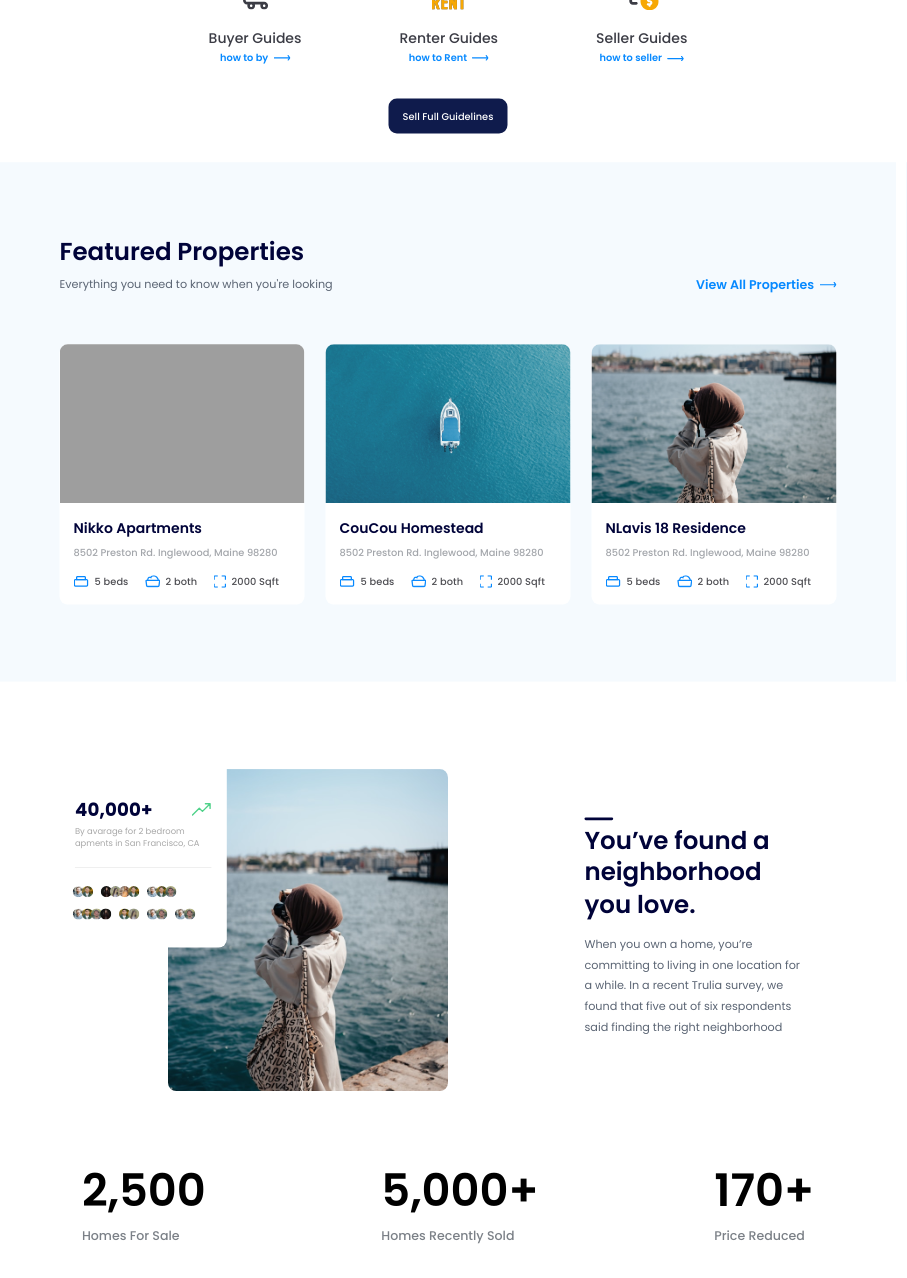
Repository: Kazuto-2004/f8-htmlcss-01
Page: index.html
An editor plug-in stored every save of this project. The page is shown before and after the next save, followed by the edit.
The browser window is 1280 px wide. The page is 1295 px wide, so the pictures cover 1295 px, including what lies to the right of the window. The pictures show the part of the page from y = 1464 to 3344 px (the page is 3289 px tall before and 3344 px after), at 70% of full size.
Pictures or frames that could not be fetched are drawn as grey boxes.

Above is the page before, as saved 2023-07-15 17:39:56.

### index.html
<!DOCTYPE html>
<html lang="en">
    <head>
        <meta charset="UTF-8" />
        <meta name="viewport" content="width=device-width, initial-scale=1.0" />
        <title>F8 Project01</title>
        <link rel="stylesheet" href="./assets/css/reset.css" />
        <!-- Embed fonts -->
        <link rel="preconnect" href="https://fonts.googleapis.com" />
        <link rel="preconnect" href="https://fonts.gstatic.com" crossorigin />
        <link
            href="https://fonts.googleapis.com/css2?family=Lato:wght@700&display=swap"
            rel="stylesheet" />
        <link rel="stylesheet" href="./assets/fonts/stylesheet.css" />
        <!-- <style> style</style> -->
        <link rel="stylesheet" href="assets/css/styles.css" />
    </head>
    <body>
        <main style="height: 1000px">
            <!-- Header -->
            <header class="header">
                <div class="content">
                    <nav class="navbar">
                        <!-- Logo -->
                        <img src="./assets/img/Logo.svg" alt="Besnik." />
                        <!-- Navigation -->
                        <ul>
                            <li>
                                <a href="#!">Home</a>
                            </li>
                            <li>
                                <a href="#!">Features</a>
                            </li>
                            <li>
                                <a href="#!">Services</a>
                            </li>
                            <li>
                                <a href="#!">Resources</a>
                            </li>
                            <li>
                                <a href="#!">Contact</a>
                            </li>
                        </ul>
                        <!-- Action -->
                        <div class="action">
                            <a href="#!" class="action-link">Sign in</a>
                            <a href="#!" class="btn action-btn">Sign up</a>
                        </div>
                    </nav>
                    <div class="hero">
                        <div class="info">
                            <p class="sub-title">Welcome to Besnik Agency</p>
                            <h1 class="title">
                                Discover a place you'll love to live.
                            </h1>
                            <p class="desc">
                                Get the best real estate deals first, before
                                they hit the mass market! HOT FORECLOSURE DEALS
                                with one simple search.
                            </p>
                            <!-- call to action -->
                            <a href="#!" class="btn hero-cta">More About Us</a>
                        </div>

                        <img
                            src="./assets/img/hero-img.svg"
                            alt="Discover a place you'll love to live."
                            class="hero-img" />
                    </div>
                </div>
            </header>

            <!-- clients -->
            <div class="clients">
                <div class="content">
                    <div class="row">
                        <!-- logo -->
                        <img src="./assets/img/Logo.svg" alt="Besnik." />

                        <!-- star -->
                        <div class="star">
                            <img src="./assets/img/Star.svg" alt="" />
                        </div>
                    </div>
                    <div class="row row-desc">
                        <p class="desc">
                            More than 45,000+ companies trust besnik
                        </p>
                        <p class="desc">5 Star Ratings (2k+ Review)</p>
                    </div>
                    <div class="image">
                        <img src="./assets/img/meundies.svg" alt="me undies" />
                        <img src="./assets/img/slack.svg" alt="slack" />
                        <img src="./assets/img/amazon.svg" alt="amazon" />
                        <img
                            src="./assets/img/woocommerce.svg"
                            alt="woo commerce" />
                        <img src="./assets/img/sitepoint.svg" alt="sitepoint" />
                    </div>
                </div>
            </div>

            <!-- Guides -->
            <div class="guides">
                <div class="content">
                    <h2 class="sub-title">How its works?</h2>
                    <p class="desc">
                        Everything you need to know when you're looking to buy,
                        rent, or sell - all in one place.
                    </p>

                    <!--  list guide -->
                    <ul class="list-guide">
                        <li class="guide-item">
                            <img
                                src="./assets/img/Buyer.svg"
                                alt="Buyer"
                                class="icon" />
                            <h3 class="title">Buyer Guides</h3>
                            <a href="#!" class="link">
                                <span>how to by</span>
                                <img
                                    src="./assets/img/arow-right.svg"
                                    alt="arrow-right"
                                    class="arrow" />
                            </a>
                        </li>
                        <li class="guide-item">
                            <img
                                src="./assets/img/renter.svg"
                                alt="renter"
                                class="icon" />
                            <h3 class="title">Renter Guides</h3>
                            <a href="#!" class="link">
                                <span>how to Rent</span>
                                <img
                                    src="./assets/img/arow-right.svg"
                                    alt="arrow-right"
                                    class="arrow" />
                            </a>
                        </li>
                        <li class="guide-item">
                            <img
                                src="./assets/img/seller.svg"
                                alt="sellert"
                                class="icon" />
                            <h3 class="title">Seller Guides</h3>
                            <a href="#!" class="link">
                                <span>how to seller</span>
                                <img
                                    src="./assets/img/arow-right.svg"
                                    alt="arrow-right"
                                    class="arrow" />
                            </a>
                        </li>
                    </ul>

                    <div class="guide-cta">
                        <a href="#!" class="btn">Sell Full Guidelines</a>
                    </div>
                </div>
            </div>

            <!-- Featured -->
            <div class="featured">
                <div class="content">
                    <header>
                        <h2 class="sub-title">Featured Properties</h2>
                        <div class="row">
                            <p class="desc">
                                Everything you need to know when you're looking
                            </p>
                            <a href="#!" class="link"
                                ><span>View All Properties</span
                                ><img
                                    src="./assets/img/arow-right.svg"
                                    alt="arrow"
                                    class="arrow"
                            /></a>
                        </div>
                    </header>

                    <div class="list">
                        <!-- Featured 1 -->
                        <div class="item">
                            <a href="#!">
                                <img
                                    src="./assets/img/featured1.jpg"
                                    alt="Nikko Apartments"
                                    class="thumb" />
                            </a>
                            <div class="body">
                                <h3 class="title">
                                    <a href="#!" class="line-clamp"
                                        >Nikko Apartments</a
                                    >
                                </h3>
                                <p class="desc line-clamp">
                                    8502 Preston Rd. Inglewood, Maine 98280
                                </p>
                                <div class="info">
                                    <img
                                        src="./assets/img/beds.svg"
                                        alt=""
                                        class="icon" />
                                    <span class="label">5 beds</span>

                                    <img
                                        src="./assets/img/both.svg"
                                        alt=""
                                        class="icon" />
                                    <span class="label">2 both</span>

                                    <img
                                        src="./assets/img/sqft.svg"
                                        alt=""
                                        class="icon" />
                                    <span class="label">2000 Sqft</span>
                                </div>
                            </div>
                        </div>

                        <!-- Featured 2 -->
                        <div class="item">
                            <a href="#!">
                                <img
                                    src="./assets/img/featured2.jpg"
                                    alt="CouCou Homestead"
                                    class="thumb" />
                            </a>
                            <div class="body">
                                <h3 class="title">
                                    <a href="#!" class="line-clamp"
                                        >CouCou Homestead</a
                                    >
                                </h3>
                                <p class="desc line-clamp">
                                    8502 Preston Rd. Inglewood, Maine 98280
                                </p>
                                <div class="info">
                                    <img
                                        src="./assets/img/beds.svg"
                                        alt=""
                                        class="icon" />
                                    <span class="label">5 beds</span>

                                    <img
                                        src="./assets/img/both.svg"
                                        alt=""
                                        class="icon" />
                                    <span class="label">2 both</span>

                                    <img
                                        src="./assets/img/sqft.svg"
                                        alt=""
                                        class="icon" />
                                    <span class="label">2000 Sqft</span>
                                </div>
                            </div>
                        </div>

                        <!-- Featured 3 -->
                        <div class="item">
                            <a href="#!">
                                <img
                                    src="./assets/img/featured3.jpg"
                                    alt="Lavis 18 Residence"
                                    class="thumb" />
                            </a>
                            <div class="body">
                                <h3 class="title">
                                    <a href="#!" class="line-clamp"
                                        >NLavis 18 Residence</a
                                    >
                                </h3>
                                <p class="desc line-clamp">
                                    8502 Preston Rd. Inglewood, Maine 98280
                                </p>
                                <div class="info">
                                    <img
                                        src="./assets/img/beds.svg"
                                        alt=""
                                        class="icon" />
                                    <span class="label">5 beds</span>

                                    <img
                                        src="./assets/img/both.svg"
                                        alt=""
                                        class="icon" />
                                    <span class="label">2 both</span>

                                    <img
                                        src="./assets/img/sqft.svg"
                                        alt=""
                                        class="icon" />
                                    <span class="label">2000 Sqft</span>
                                </div>
                            </div>
                        </div>
                    </div>
                </div>
            </div>

            <!-- Stats -->
            <div class="stats">
                <div class="content">
                    <div class="row">
                        <div class="img-block">
                            <img
                                class="image"
                                src="./assets/img/starts.jpg"
                                alt="You’ve found a neighborhood you love." />
                            <!-- trend -->
                            <div class="stats-trend">
                                <div class="row">
                                    <strong class="value">40,000+</strong>
                                    <img
                                        src="./assets/img/arrow-trend-up.svg"
                                        alt=""
                                        class="icon" />
                                </div>
                                <p class="desc">
                                    By avarage for 2 bedroom apments in San
                                    Francisco, CA
                                </p>
                                <div class="separate"></div>
                                <div class="avatar-block">
                                    <div class="avatar-group">
                                        <img
                                            src="./assets/img/avatar-1.jpeg"
                                            alt=""
                                            class="avatar" />
                                        <img
                                            src="./assets/img/avatar-2.jpeg"
                                            alt=""
                                            class="avatar" />
                                    </div>
                                    <div class="avatar-group">
                                        <img
                                            src="./assets/img/avatar-4.jpeg"
                                            alt=""
                                            class="avatar" />
                                        <img
                                            src="./assets/img/avatar-5.jpeg"
                                            alt=""
                                            class="avatar" />
                                        <img
                                            src="./assets/img/avatar-6.jpeg"
                                            alt=""
                                            class="avatar" />
                                        <img
                                            src="./assets/img/avatar-2.jpeg"
                                            alt=""
                                            class="avatar" />
                                    </div>
                                    <div class="avatar-group">
                                        <img
                                            src="./assets/img/avatar-1.jpeg"
                                            alt=""
                                            class="avatar" />
                                        <img
                                            src="./assets/img/avatar-2.jpeg"
                                            alt=""
                                            class="avatar" />
                                        <img
                                            src="./assets/img/avatar-3.jpeg"
                                            alt=""
                                            class="avatar" />
                                    </div>
                                    <div class="avatar-group">
                                        <img
                                            src="./assets/img/avatar-1.jpeg"
                                            alt=""
                                            class="avatar" />
                                        <img
                                            src="./assets/img/avatar-2.jpeg"
                                            alt=""
                                            class="avatar" />
                                        <img
                                            src="./assets/img/avatar-3.jpeg"
                                            alt=""
                                            class="avatar" />
                                        <img
                                            src="./assets/img/avatar-4.jpeg"
                                            alt=""
                                            class="avatar" />
                                    </div>
                                    <div class="avatar-group">
                                        <img
                                            src="./assets/img/avatar-2.jpeg"
                                            alt=""
                                            class="avatar" />
                                        <img
                                            src="./assets/img/avatar-5.jpeg"
                                            alt=""
                                            class="avatar" />
                                    </div>

                                    <div class="avatar-group">
                                        <img
                                            src="./assets/img/avatar-1.jpeg"
                                            alt=""
                                            class="avatar" />
                                        <img
                                            src="./assets/img/avatar-3.jpeg"
                                            alt=""
                                            class="avatar" />
                                    </div>
                                    <div class="avatar-group">
                                        <img
                                            src="./assets/img/avatar-1.jpeg"
                                            alt=""
                                            class="avatar" />
                                        <img
                                            src="./assets/img/avatar-3.jpeg"
                                            alt=""
                                            class="avatar" />
                                    </div>
                                </div>
                            </div>
                        </div>
                        <div class="info">
                            <h2 class="sub-title">
                                You’ve found a neighborhood you love.
                            </h2>
                            <p class="desc">
                                When you own a home, you’re committing to living
                                in one location for a while. In a recent Trulia
                                survey, we found that five out of six
                                respondents said finding the right neighborhood
                            </p>
                        </div>
                    </div>
                    <div class="row row-qty">
                        <div class="qty-item">
                            <strong class="qty">2,500</strong>
                            <p class="qty-desc">Homes For Sale</p>
                        </div>
                        <div class="qty-item">
                            <strong class="qty">5,000+</strong>
                            <p class="qty-desc">Homes Recently Sold</p>
                        </div>
                        <div class="qty-item">
                            <strong class="qty">170+</strong>
                            <p class="qty-desc">Price Reduced</p>
                        </div>
                    </div>
                </div>
            </div>

            <!-- Subscription -->
        </main>
    </body>
</html>

Loaded but not shown: assets/css/reset.css (common file); assets/css/styles.css (476 lines, source omitted); assets/fonts/stylesheet.css (162 lines, source omitted)

After the next save:
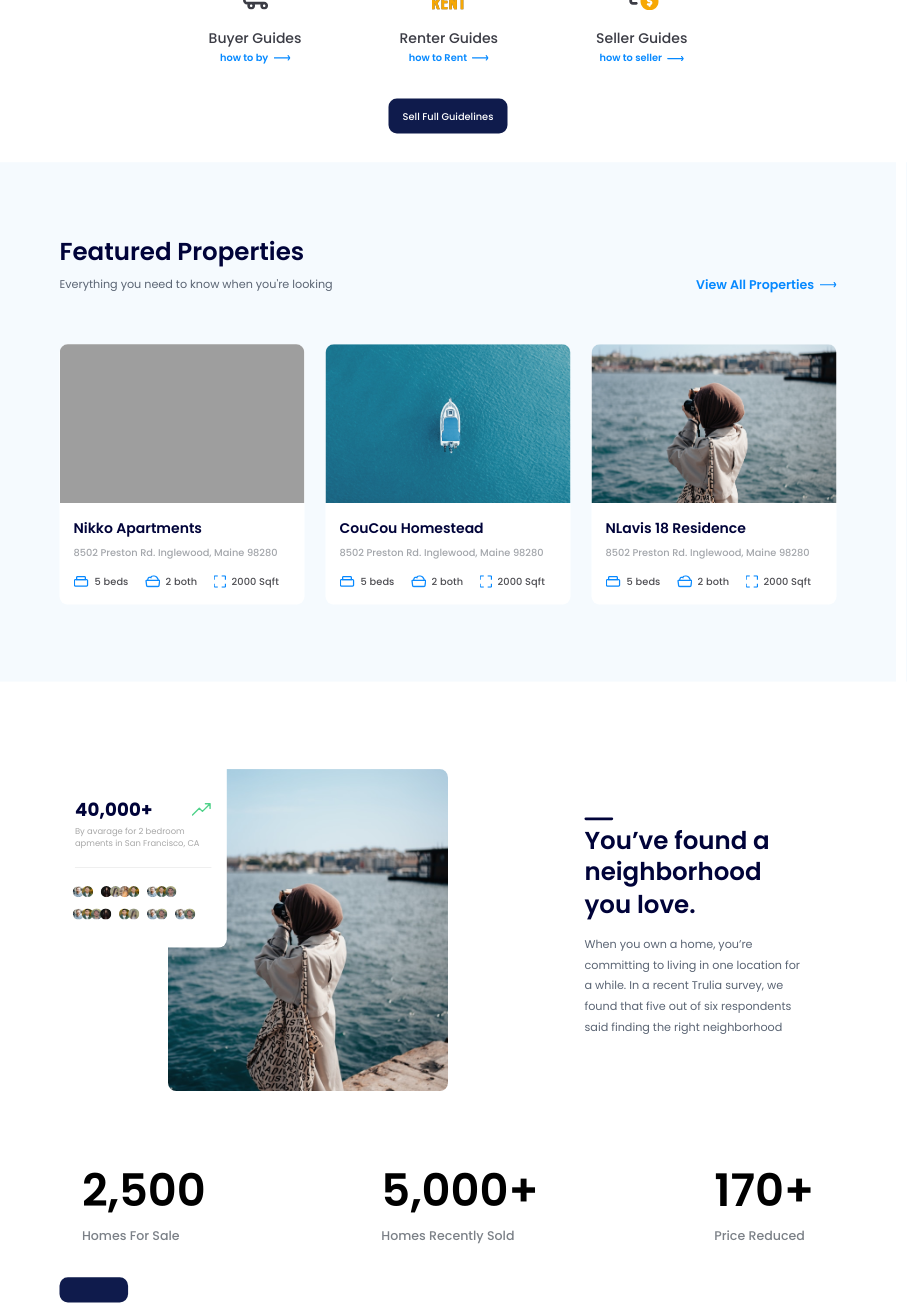
Saved 65 s later.
--- a/index.html
+++ b/index.html
@@ -449,6 +449,18 @@
             </div>
 
             <!-- Subscription -->
+            <div class="Subscription">
+                <div class="content">
+                    <div class="body">
+                        <div class="info">
+                            <h2 class="sub-title"></h2>
+                            <p class="desc"></p>
+                            <a href="" class="btn"></a>
+                        </div>
+                        <img src="" alt="" class="image" />
+                    </div>
+                </div>
+            </div>
         </main>
     </body>
 </html>
